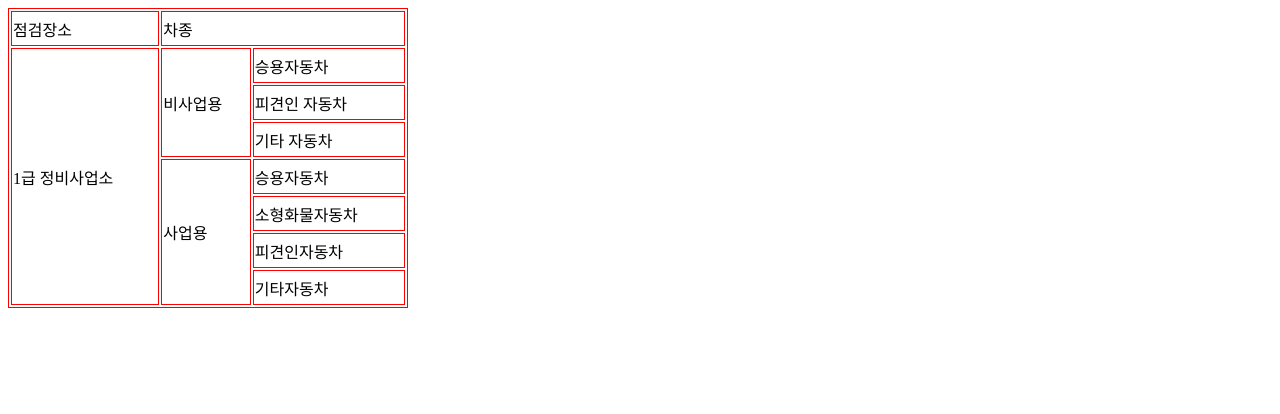
Repository: sungeunbyeol/Nowon-ezen-jsp
Page: test/WebContent/test09.html
These files come from the project's save history. The page is drawn as it stood at one moment and after the next save; the edit follows.
The browser window is 1280 px wide. The pictures show the whole page.

Above is the page before, as saved 2021-11-02 03:33:53.

After the next save:
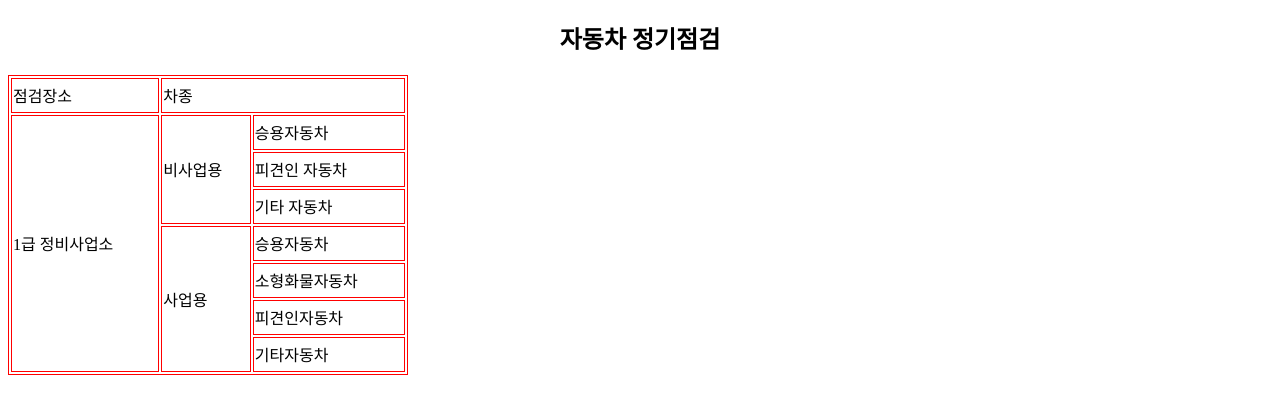
Saved 7 min 35 s later.
--- a/test/WebContent/test09.html
+++ b/test/WebContent/test09.html
@@ -5,6 +5,9 @@
 <title>자동차 정기점검</title>
 </head>
 <body>
+	<div align="center">
+		<h2>자동차 정기점검</h2>
+	</div>
 	<table border="1" bordercolor="red" width="400" height="300">
 		<tr>
 			<td>점검장소</td>
